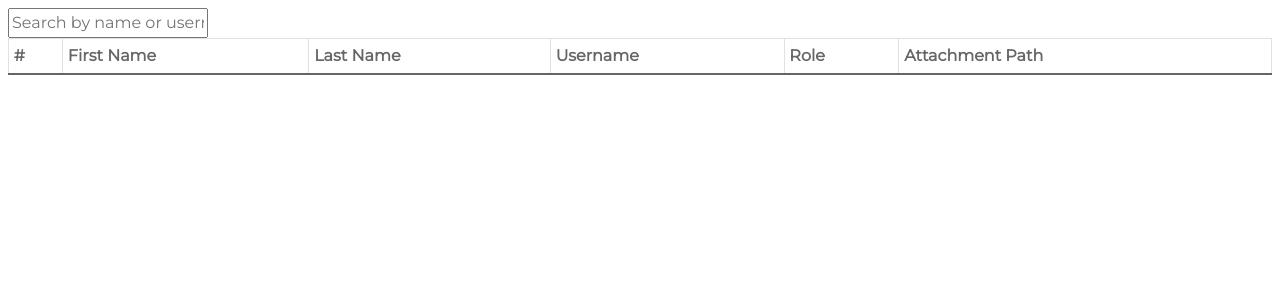
Repository: Arouja/frontgym
Page: /users
The author's editor kept a copy of each file at every save. The page is drawn from the files as they stood at one save, then again after the next save.
The browser window is 1280 px wide. The pictures show the whole page.
The page's requests for data from a server got no answer. Some web libraries are served in a nearby version. The project was rebuilt for these pictures with package versions that can differ from the ones it lists, and the page was loaded fresh each time. No one was signed in, and anything a server would have sent is missing. Also part of the build but not shown: src/App.css, src/actions/authActions.js, src/Components/navbar/CustomNavbar.jsx, src/Components/footer/footer.jsx, src/Components/about/About.jsx, src/Components/classes/Classes.jsx, src/Components/home/Home.jsx, src/Components/feature/Feature.jsx and 10 more.

Above is the page before, as saved 2023-10-11 00:50:42.

### public/index.html
<!DOCTYPE html>
<html lang="en">
  <head>
    <meta charset="utf-8" />
    <link rel="icon" href="%PUBLIC_URL%/favicon.ico" />
    <meta name="viewport" content="width=device-width, initial-scale=1" />
    <meta name="theme-color" content="#000000" />
    <meta
      name="description"
      content="Web site created using create-react-app"
    />
    <link href="https://cdn.jsdelivr.net/npm/bootstrap@5.0.2/dist/css/bootstrap.min.css" rel="stylesheet">
    <link href="https://cdnjs.cloudflare.com/ajax/libs/font-awesome/5.13.0/css/all.min.css" rel="stylesheet">
    <link rel="apple-touch-icon" href="%PUBLIC_URL%/logo192.png" />
    <!--
      manifest.json provides metadata used when your web app is installed on a
      user's mobile device or desktop. See https://developers.google.com/web/fundamentals/web-app-manifest/
    -->
    <link rel="manifest" href="%PUBLIC_URL%/manifest.json" />
    <!--
      Notice the use of %PUBLIC_URL% in the tags above.
      It will be replaced with the URL of the `public` folder during the build.
      Only files inside the `public` folder can be referenced from the HTML.

      Unlike "/favicon.ico" or "favicon.ico", "%PUBLIC_URL%/favicon.ico" will
      work correctly both with client-side routing and a non-root public URL.
      Learn how to configure a non-root public URL by running `npm run build`.
    -->
    <title>React App</title>

     <!-- Favicon -->
     <link href="img/favicon.ico" rel="icon">

     <!-- Font Awesome -->
     <link href="https://cdnjs.cloudflare.com/ajax/libs/font-awesome/5.10.0/css/all.min.css" rel="stylesheet">

     <!-- Flaticon Font -->
     <link href="lib/flaticon/font/flaticon.css" rel="stylesheet">

     <!-- Customized Bootstrap Stylesheet -->
     <link href="css/style.min.css" rel="stylesheet">






  </head>


  <body>
    <noscript>You need to enable JavaScript to run this app.</noscript>
    <div id="root"></div>
    <!--
      This HTML file is a template.
      If you open it directly in the browser, you will see an empty page.

      You can add webfonts, meta tags, or analytics to this file.
      The build step will place the bundled scripts into the <body> tag.

      To begin the development, run `npm start` or `yarn start`.
      To create a production bundle, use `npm run build` or `yarn build`.
    -->

    <!-- JavaScript Libraries -->
    <script src="https://code.jquery.com/jquery-3.4.1.min.js"></script>
    <script src="https://stackpath.bootstrapcdn.com/bootstrap/4.4.1/js/bootstrap.bundle.min.js"></script>
    <script src="lib/easing/easing.min.js"></script>
    <script src="lib/waypoints/waypoints.min.js"></script>

    <!-- Contact Javascript File -->
    <script src="mail/jqBootstrapValidation.min.js"></script>
    <script src="mail/contact.js"></script>

    <!-- Template Javascript -->
    <script src="js/main.js"></script>
    <script src="https://cdn.jsdelivr.net/npm/@popperjs/core@2.9.2/dist/umd/popper.min.js"></script>
    <script src="https://cdn.jsdelivr.net/npm/bootstrap@5.0.2/dist/js/bootstrap.min.js"></script>
    <script src="https://cdn.jsdelivr.net/npm/bootstrap@5.0.2/dist/js/bootstrap.bundle.min.js"></script>
    <script src="https://use.fontawesome.com/f59bcd8580.js"></script>
    <script src="https://cdn.jsdelivr.net/npm/@popperjs/core@2.9.2/dist/umd/popper.min.js"></script>
    <script src="https://cdn.jsdelivr.net/npm/bootstrap@5.0.2/dist/js/bootstrap.min.js"></script>
    <script src="https://cdn.jsdelivr.net/npm/bootstrap@5.0.2/dist/js/bootstrap.bundle.min.js"></script>

  </body>


</html>

### src/index.js
import React from 'react';
import ReactDOM from 'react-dom';
import { Provider } from 'react-redux';
import store from './store';
import App from './App';

ReactDOM.render(
  <Provider store={store}>
    <App />
  </Provider>,
  document.getElementById('root')
);

### src/store.js
import { createStore, applyMiddleware, combineReducers } from 'redux';
import thunk from 'redux-thunk';
import authReducer from './reducers/authReducer';

const rootReducer = combineReducers({
  auth: authReducer,
});

const store = createStore(rootReducer, applyMiddleware(thunk));

export default store;

### src/App.js
// import logo from './logo.svg';
import './App.css';
import { BrowserRouter, Routes, Route } from 'react-router-dom'; // Import BrowserRouter and Route directly

import About from './Components/about/About';
import Classes from './Components/classes/Classes';
import Home from './Components/home/Home';
import Feature from './Components/feature/Feature';
import Contact from './Components/contact/Contact';
import Login from './Components/login/Login';
import Profile from './Components/profile/profile';
import Signup from './Components/signup/Signup';
import Listcustomer from './Components/customer/Listcustomer';
import Activation from './Components/activation/Activation';
import Bmi from './Components/metrics/bmi';
import Orm from './Components/metrics/orm';
import Lbm from './Components/metrics/lbm';
import Users from './users/users';

function App() {
  return (
    <BrowserRouter> {/* Use BrowserRouter here */}
      {/* <CustomNavbar /> */}
      <Routes>
      <Route path="/" element={<Home />} />
        <Route path="/about" element={<About />} /> {/* Use Route inside Routes */}
        <Route path="/classes" element={<Classes />} />
        <Route path="/feature" element={<Feature />} />
        <Route path="/contact" element={<Contact />} />
        <Route path="/login" element={<Login />} />
        <Route path="/profile" element={<Profile />} />
        <Route path="/signup" element={<Signup />} />
        <Route path="/customer" element={<Listcustomer />} />
        <Route path="/bmi" element={<Bmi />} />
        <Route path="/orm" element={<Orm />} />
        <Route path="/lbm" element={<Lbm />} />
        <Route path="/users" element={<Users />} />
        <Route path="/activate/activate?token=:token" element={<Activation />} /> {/* Add the Activation route */}


        {/* <Route path="/home" element={<Home />} /> Use Route inside Routes */}

      </Routes>
      {/* <Footer /> */}
    </BrowserRouter>
  );
}

export default App;

### src/reducers/authReducer.js
import { LOGIN_SUCCESS, LOGOUT_SUCCESS, REGISTER_SUCCESS } from '../actions/types';

const initialState = {
  token: localStorage.getItem('token'),
};

const authReducer = (state = initialState, action) => {
  switch (action.type) {
    case LOGIN_SUCCESS:
    case REGISTER_SUCCESS:
      localStorage.setItem('token', action.payload);
      return {
        ...state,
        token: action.payload,
      };
    case LOGOUT_SUCCESS:
      localStorage.removeItem('token');
      return {
        ...state,
        token: null,
      };
    default:
      return state;
  }
};

export default authReducer;

### src/users/users.js
import React, { useState, useEffect } from 'react';
import Table from 'react-bootstrap/Table';

function Users() {
  const [users, setUsers] = useState([]);
  const [searchTerm, setSearchTerm] = useState('');

  useEffect(() => {
    fetch('http://localhost:8089/api/v1/users/all-users')
      .then(response => response.json())
      .then(data => setUsers(data))
      .catch(error => console.error('Error fetching data:', error));
  }, []);

  const filteredUsers = users.filter(user =>
    user.firstName.toLowerCase().includes(searchTerm.toLowerCase()) ||
    user.lastName.toLowerCase().includes(searchTerm.toLowerCase()) ||
    user.username.toLowerCase().includes(searchTerm.toLowerCase())
  );

  return (
    <div className="p-2">
      <input
        type="text"
        value={searchTerm}
        onChange={(e) => setSearchTerm(e.target.value)}
        placeholder="Search by name or username"
      />
      <Table striped bordered hover size="sm">
        <thead>
          <tr>
            <th>#</th>
            <th>First Name</th>
            <th>Last Name</th>
            <th>Username</th>
            <th>Role</th>
            <th>Attachment Path</th>
          </tr>
        </thead>
        <tbody>
          {filteredUsers.map((user, index) => (
            <tr key={user.id}>
              <td>{index + 1}</td>
              <td><img
                    src={require('../images/' + user.path)}
                    alt="Profile"
                    className="rounded-circle"
                    style={{
                      width: "40px",
                      height: "40px",
                      margin: "relative",
                    }}
                  /></td>
              <td>{user.firstName}</td>
              <td>{user.lastName}</td>
              <td>{user.username}</td>
              <td>{user.role}</td>

            </tr>
          ))}
        </tbody>
      </Table>
    </div>
  );
}

export default Users;

### src/actions/types.js
export const LOGIN_SUCCESS = 'LOGIN_SUCCESS';
export const LOGOUT_SUCCESS = 'LOGOUT_SUCCESS';
export const REGISTER_SUCCESS = 'REGISTER_SUCCESS';

### public/mail/contact.js
$(function () {

    $("#contactForm input, #contactForm textarea").jqBootstrapValidation({
        preventSubmit: true,
        submitError: function ($form, event, errors) {
        },
        submitSuccess: function ($form, event) {
            event.preventDefault();
            var name = $("input#name").val();
            var email = $("input#email").val();
            var subject = $("input#subject").val();
            var message = $("textarea#message").val();

            $this = $("#sendMessageButton");
            $this.prop("disabled", true);

            $.ajax({
                url: "contact.php",
                type: "POST",
                data: {
                    name: name,
                    email: email,
                    subject: subject,
                    message: message
                },
                cache: false,
                success: function () {
                    $('#success').html("<div class='alert alert-success'>");
                    $('#success > .alert-success').html("<button type='button' class='close' data-dismiss='alert' aria-hidden='true'>&times;")
                            .append("</button>");
                    $('#success > .alert-success')
                            .append("<strong>Your message has been sent. </strong>");
                    $('#success > .alert-success')
                            .append('</div>');
                    $('#contactForm').trigger("reset");
                },
                error: function () {
                    $('#success').html("<div class='alert alert-danger'>");
                    $('#success > .alert-danger').html("<button type='button' class='close' data-dismiss='alert' aria-hidden='true'>&times;")
                            .append("</button>");
                    $('#success > .alert-danger').append($("<strong>").text("Sorry " + name + ", it seems that our mail server is not responding. Please try again later!"));
                    $('#success > .alert-danger').append('</div>');
                    $('#contactForm').trigger("reset");
                },
                complete: function () {
                    setTimeout(function () {
                        $this.prop("disabled", false);
                    }, 1000);
                }
            });
        },
        filter: function () {
            return $(this).is(":visible");
        },
    });

    $("a[data-toggle=\"tab\"]").click(function (e) {
        e.preventDefault();
        $(this).tab("show");
    });
});

$('#name').focus(function () {
    $('#success').html('');
});

### public/js/main.js
(function ($) {
    "use strict";

    // Dropdown on mouse hover
    $(document).ready(function () {
        function toggleNavbarMethod() {
            if ($(window).width() > 992) {
                $('.navbar .dropdown').on('mouseover', function () {
                    $('.dropdown-toggle', this).trigger('click');
                }).on('mouseout', function () {
                    $('.dropdown-toggle', this).trigger('click').blur();
                });
            } else {
                $('.navbar .dropdown').off('mouseover').off('mouseout');
            }
        }
        toggleNavbarMethod();
        $(window).resize(toggleNavbarMethod);
    });


    // Back to top button
    $(window).scroll(function () {
        if ($(this).scrollTop() > 100) {
            $('.back-to-top').fadeIn('slow');
        } else {
            $('.back-to-top').fadeOut('slow');
        }
    });
    $('.back-to-top').click(function () {
        $('html, body').animate({scrollTop: 0}, 1500, 'easeInOutExpo');
        return false;
    });
})(jQuery);

Loaded but not shown: public/lib/flaticon/font/flaticon.css (common file); public/css/style.min.css (library); public/lib/easing/easing.min.js (common file); public/lib/waypoints/waypoints.min.js (library); public/mail/jqBootstrapValidation.min.js (library)

After the next save:
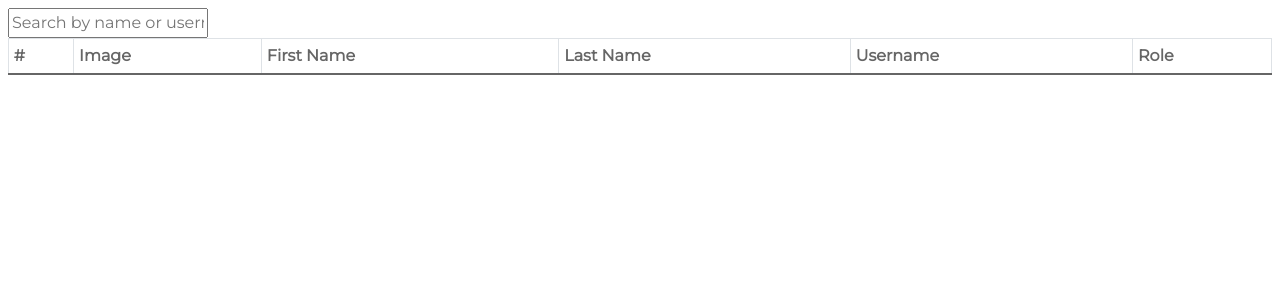
Saved 33 s later.
--- a/src/users/users.js
+++ b/src/users/users.js
@@ -30,11 +30,12 @@ function Users() {
         <thead>
           <tr>
             <th>#</th>
+            <th>Image</th>
             <th>First Name</th>
             <th>Last Name</th>
             <th>Username</th>
             <th>Role</th>
-            <th>Attachment Path</th>
+
           </tr>
         </thead>
         <tbody>
